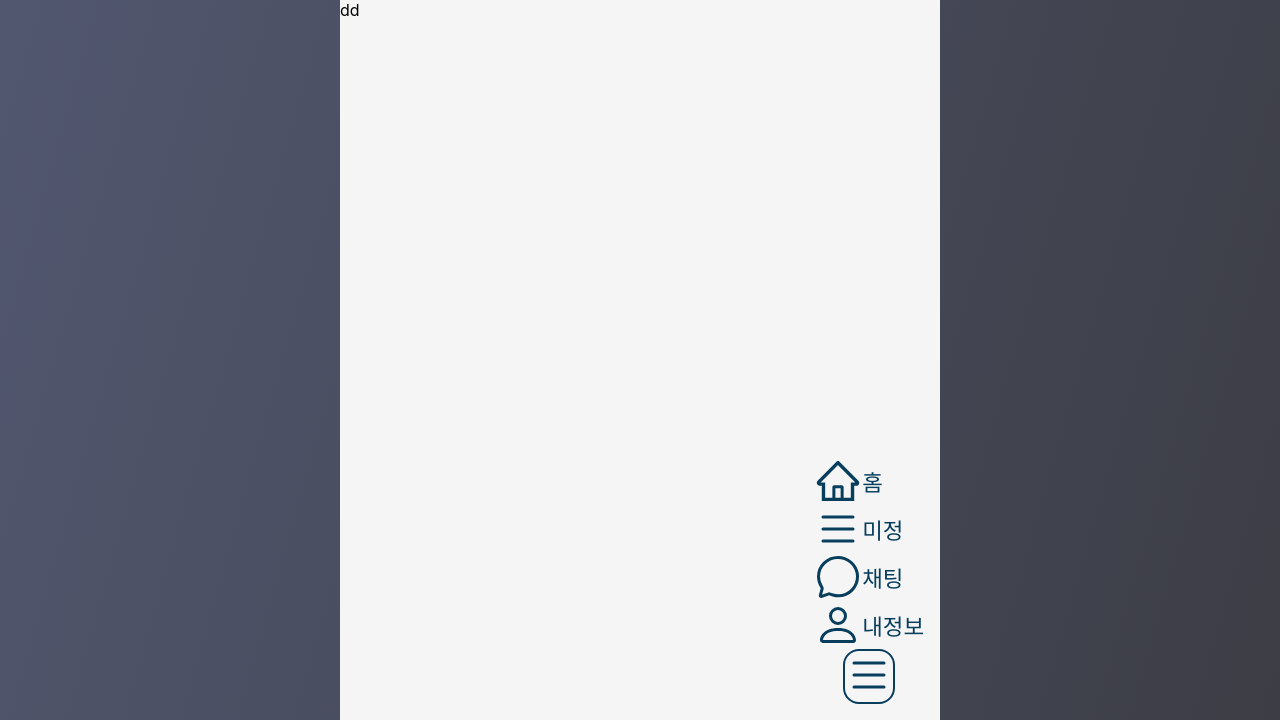
Repository: SeungYn/hanium
Page: /
An editor plug-in stored every save of this project. The page is shown before and after the next save, followed by the edit.
The browser window is 1280 px wide. The pictures show the whole page.
The project was rebuilt for these pictures with package versions that can differ from the ones it lists, and the page was loaded fresh each time. Also part of the build but not shown: src/App.css, src/components/ReadPopup/ReadPopup.module.css, src/components/ReadPopup/ReadPopup.jsx, src/pages/login/Login.jsx.

Above is the page before, as saved 2022-10-27 12:45:33.

### src/index.js
import React from 'react';
import ReactDOM from 'react-dom/client';
import './index.css';
import App from './App';

import { AuthErrorEventBus, AuthProvider } from './context/AuthContext';
import TokenStorage from './db/token';
import HttpClient from './network/http';
import AuthService from './service/auth';

const baseURL = 'https://d4a8ab3f9df191.lhr.life';
const tokenStorage = new TokenStorage();
const authErrorEventBus = new AuthErrorEventBus();
const httpClient = new HttpClient(baseURL, authErrorEventBus, tokenStorage);
const authService = new AuthService(httpClient, tokenStorage);

const root = ReactDOM.createRoot(document.getElementById('root'));
root.render(
  <React.StrictMode>
    <AuthProvider
      authService={authService}
      authErrorEventBus={authErrorEventBus}
      tokenStorage={tokenStorage}
    >
      <App authService={authService} />
    </AuthProvider>
  </React.StrictMode>
);

### src/index.css
:root {
  --color-darkBlue: #073d5d;
  --color-main: #42a5f5;
  --color-bg-dark: #f5f5f5;
  --color-bg: #fdfffd;
  --color-font: #073d5d;
  --color-accent: #073d5d;
  --color-font-accent: white;
  --color-error-bg: rgba(173, 173, 173, 0.401);
  --color-popup-bg: white;
  /* 사이즈 */
  --font-size-medium: 1.4rem;
  --font-size-small: 1rem;
}

* {
  box-sizing: border-box;
}

html,
body {
  height: 100%;
  width: 100%;
  margin: 0;
  background: rgb(81, 87, 111);
  background: linear-gradient(
    106deg,
    rgba(81, 87, 111, 1) 0%,
    rgba(60, 61, 69, 1) 100%
  );
  accent-color: var(--color-accent);
}
a {
  text-decoration: none;
  color: var(--color-font);
}
ul {
  padding: 0;
  margin: 0;
  list-style: none;
}
#root {
  height: 100%;
  width: 100%;
  max-width: 600px;
  background-color: var(--color-bg-dark);
  margin: auto;
  display: flex;
  flex-direction: column;
  position: relative;
}

button {
  cursor: pointer;
}
body {
  margin: 0;
  font-family: -apple-system, BlinkMacSystemFont, 'Segoe UI', 'Roboto', 'Oxygen',
    'Ubuntu', 'Cantarell', 'Fira Sans', 'Droid Sans', 'Helvetica Neue',
    sans-serif;
  -webkit-font-smoothing: antialiased;
  -moz-osx-font-smoothing: grayscale;
}

code {
  font-family: source-code-pro, Menlo, Monaco, Consolas, 'Courier New',
    monospace;
}

### src/App.js
import { useCallback } from 'react';
import { createBrowserRouter, RouterProvider } from 'react-router-dom';
import './App.css';
import FirstPage from './pages/firstPage/FirstPage';
import Root from './pages/Root';

// const router = createBrowserRouter([
//   {
//     path: '/',
//     element: <Root />,
//     children: [],
//   },
// ]);

function App({ authService }) {
  const router = useCallback(
    createBrowserRouter([
      {
        path: '/',
        element: <Root />,
        children: [
          { index: true, element: <FirstPage authService={authService} /> },
        ],
      },
    ]),
    [authService]
  );
  return <RouterProvider router={router} />;
}

export default App;

### src/context/AuthContext.jsx
import {
  createContext,
  createRef,
  useCallback,
  useContext,
  useEffect,
  useImperativeHandle,
  useMemo,
  useState,
} from 'react';
import ReadPopup from '../components/ReadPopup/ReadPopup';

import Login from '../pages/login/Login';

const AuthContext = createContext({});

const contextRef = createRef();

export function AuthProvider({
  authService,
  authErrorEventBus,
  children,
  tokenStorage,
}) {
  const [user, setUser] = useState(1);
  const [error, setError] = useState(null);

  const context = useMemo(() => ({}), []);

  const onLogin = async ({ loginId, password }) => {
    await authService
      .headerTokenLogin(loginId, password)
      .then((data) => {
        console.log(data);
        tokenStorage.saveUser({
          memberId: data.memberId,
          nickname: data.nickname,
        });
        setUser({ memberId: data.memberId, nickName: data.nickname });
        console.log(tokenStorage.getUser());
        return;
      })
      .catch((error) => {
        setError(error);
      });
  };

  const logout = useCallback(
    async () =>
      await authService.logout().then(() => {
        setUser(undefined);
      }),
    [authService]
  );

  useEffect(() => {
    authErrorEventBus.listen((err) => {
      console.log('err');
      console.log(err);
      setError(err);
      setUser(undefined);
      authService.logout();
    });
  }, [authErrorEventBus]);

  useEffect(() => {
    if (tokenStorage.getUser()) {
      setUser({ ...tokenStorage.getUser() });

      //nav('/');
    }

    //setUser({ token: localStorage.getItem('TOKEN') });
  }, []);

  return (
    <AuthContext.Provider value={context}>
      {user ? (
        children
      ) : (
        <>
          {error && (
            <ReadPopup content={error} onHandler={setError} type={'error'} />
          )}
          <Login authService={authService} onLogin={onLogin} />
        </>
      )}
    </AuthContext.Provider>
  );
}

export class AuthErrorEventBus {
  listen(callback) {
    this.callback = callback;
  }
  notify(error) {
    this.callback(error);
  }
}

export default AuthContext;
export const fetchToken = () => contextRef.current;
export const useAuth = () => useContext(AuthContext);

### src/db/token.js
const TOKEN = 'token';
const USER = 'user';
const USERNICKNAME = 'userNickName';
export default class TokenStorage {
  saveToken(token) {
    localStorage.setItem(TOKEN, token);
  }

  getToken() {
    return localStorage.getItem(TOKEN);
  }

  saveUser(user) {
    console.log(user);
    localStorage.setItem(USER, JSON.stringify(user));
    console.log(localStorage.getItem(USER));
  }

  getUser() {
    return JSON.parse(localStorage.getItem(USER));
  }

  clearToken() {
    console.log('토큰삭제');
    localStorage.clear(TOKEN);
  }
  clearUser() {
    console.log('유저삭제');
    localStorage.clear(USER);
  }
}

### src/network/http.js
export default class HttpClient {
  constructor(baseURL, authErrorEventBus, tokenStorage) {
    this.baseURL = baseURL;
    this.authErrorEventBus = authErrorEventBus;
    this.tokenStorage = tokenStorage;
  }

  async fetch(url, options) {
    console.log(`${this.baseURL}${url}`);
    let res = undefined;
    try {
      res = await fetch(`${this.baseURL}${url}`, {
        ...options,
        headers: {
          'Content-Type': 'application/json',
          ...options.headers,
        },
      });
    } catch (e) {
      const err = new Error('서버와 연결이 안됩니다.');
      throw err;
    }

    console.log(123);
    console.log(res);
    if (res.headers.get('Authorization')) {
      this.tokenStorage.saveToken(
        res.headers.get('Authorization').split(' ')[1]
      );
    }

    let data;
    console.log(res.headers);
    try {
      data = await res.json();
    } catch (error) {
      console.error('데이터 없어서 에러');
    }
    console.log(res);
    if (res.status > 299 || res.status < 200) {
      const message =
        data && data.message ? data.message : 'Something went wrong! 🤪';

      let error = new Error(message);

      if (res.status === 401) {
        console.log('401에러');
        error = new Error('로그인 정보가 잘 못 됐습니다.');
        this.authErrorEventBus.notify(error);
        return;
      }
      if (res.status === 400) {
        error.name = data.code ? data.code : '에러코드 등록 필요';
        console.log(error.message);
        throw error;
      }
      throw error;
    }

    return data;
  }
}

### src/service/auth.js
export default class AuthService {
  constructor(http, tokenStorage) {
    this.http = http;
    this.tokenStorage = tokenStorage;
  }

  //내 정보
  async getMyInfo() {
    const data = await this.http.fetch('/user', {
      method: 'GET',
      headers: this.getHeaders(),
    });
    return data;
  }

  //노드 /signup
  //스프링 /join
  async signup({
    nickname,
    loginId,
    password,
    email,
    sex,
    university,
    dept,
    sno,
  }) {
    console.log(nickname, loginId, password, email, sex, university, dept, sno);
    const data = await this.http.fetch('/auth/join', {
      method: 'POST',
      body: JSON.stringify({
        nickname,
        password,
        loginId,
        email,
        sex,
        university,
        dept,
        sno,
      }),
    });
    //this.tokenStorage.saveToken(data.token);
    return data;
  }

  //헤더로 토큰 받고 로그인
  async headerTokenLogin(loginId, password) {
    console.log(loginId, password);
    const data = await this.http.fetch(`/auth/login`, {
      method: 'POST',
      body: JSON.stringify({ loginId, password }),
    });
    // const res = await fetch(`${this.http.baseURL}/login`, {
    //   method: 'POST',
    //   headers: {
    //     'Content-Type': 'application/json',
    //   },
    //   body: JSON.stringify({ loginId, password }),
    // });

    // let data;
    // try {
    //   data = await res.json();
    // } catch (error) {
    //   console.error(error);
    // }

    // if (res.status > 299 || res.status < 200) {
    //   console.log('승유');
    //   const message =
    //     data && data.message ? data.message : 'Something went wrong! 🤪';
    //   const error = new Error(message);
    //   console.error('error = ', error);

    //   if (res.status === 401) {
    //     this.authErrorEventBus.notify(error);
    //   }
    //   if (res.status === 400) {
    //     error.name = data.code ? data.code : '에러코드 등록 필요';
    //     console.log(error.message);
    //     throw error;
    //   }
    //   throw error;
    // }
    // const token = res.headers.get('Authorization').split(' ')[1];
    // this.tokenStorage.saveToken(token);

    return data;
  }

  //노드서버 /idDuplicate
  //스프링서버 /duplicate-loginId
  async idDuplicateVerification(loginId) {
    const data = await this.http.fetch(`/auth/duplicate-loginId`, {
      method: 'POST',
      body: JSON.stringify({ loginId }),
    });
    return data;
  }

  async nicknameDuplicateVerification(nickname) {
    const data = await this.http.fetch(`/auth/duplicate-nickname`, {
      method: 'POST',
      body: JSON.stringify({ nickname }),
    });
    return data;
  }

  //이메일로 인증번호 받기
  async getEmailAuthenticationNumber(email) {
    console.log(email);
    const data = await this.http.fetch('/auth/mail-auth', {
      method: 'POST',
      body: JSON.stringify({
        email,
      }),
    });
    return data;
  }

  //인증번호 확인
  async authenticationNumberVerification(number) {
    const data = await this.http.fetch('/auth/mailcode-auth', {
      method: 'POST',
      body: JSON.stringify({
        code: number,
      }),
    });
    return data;
  }
  //노드서버 auth/login
  async login(loginId, password) {
    const data = await this.http.fetch('/auth/login', {
      method: 'POST',
      body: JSON.stringify({ loginId, password }),
    });
    this.tokenStorage.saveToken(data.token);
    return data;
  }

  async test() {
    const data = await this.http.fetch('/user', {
      method: 'GET',
      headers: this.getHeaders(),
    });
    return data;
  }

  async me() {
    const token = this.tokenStorage.getToken();
    return this.http.fetch('/me', {
      method: 'GET',
      headers: { Authorization: `Bearer ${token}` },
    });
  }

  async logout() {
    this.tokenStorage.clearToken();
    this.tokenStorage.clearUser();
  }

  getHeaders() {
    const token = this.tokenStorage.getToken();
    return {
      Authorization: `Bearer ${token}`,
    };
  }
}

### src/pages/firstPage/FirstPage.jsx
import React from 'react';

export default function FirstPage() {
  return <div>dd</div>;
}

### src/pages/Root.jsx
import React from 'react';
import { Outlet } from 'react-router-dom';
import Navbar from '../components/Navbar/Navbar';

export default function Root() {
  return (
    <>
      <Outlet />
      <Navbar />
    </>
  );
}

### src/components/Navbar/Navbar.jsx
import React, { useRef, useState } from 'react';
import { NavLink } from 'react-router-dom';
import styles from './Navbar.module.css';
import { AiOutlineHome } from 'react-icons/ai';
import { BsList, BsPerson } from 'react-icons/bs';
import { IoChatbubbleOutline } from 'react-icons/io5';
import { IconContext } from 'react-icons';

export default function Navbar() {
  const navMenuRef = useRef();
  const [navToggle, setNavToggle] = useState(true);
  const handleBtn = (e) => {
    setNavToggle((t) => !t);
  };
  return (
    <nav className={styles.nav}>
      <IconContext.Provider value={{ className: styles.reactIcon }}>
        <div
          ref={navMenuRef}
          className={`${styles.navMenu} ${
            navToggle ? styles.navAppear : styles.navDisappear
          }`}
        >
          <NavLink
            to='/'
            className={({ isActive }) =>
              isActive
                ? `${styles.active} ${styles.link}`
                : `${styles.unactive} ${styles.link}`
            }
          >
            <AiOutlineHome />
            <span className={styles.text}>홈</span>
          </NavLink>

          <NavLink
            to='/1'
            className={({ isActive }) =>
              isActive
                ? `${styles.active} ${styles.link}`
                : `${styles.unactive} ${styles.link}`
            }
          >
            <BsList />
            <span className={styles.text}>미정</span>
          </NavLink>

          <NavLink
            to='/2'
            className={({ isActive }) =>
              isActive
                ? `${styles.active} ${styles.link}`
                : `${styles.unactive} ${styles.link}`
            }
          >
            <IoChatbubbleOutline />
            <span className={styles.text}>채팅</span>
          </NavLink>

          <NavLink
            to='/3'
            className={({ isActive }) =>
              isActive
                ? `${styles.active} ${styles.link}`
                : `${styles.unactive} ${styles.link}`
            }
          >
            <BsPerson />
            <span className={styles.text}>내정보</span>
          </NavLink>
        </div>
        <button className={styles.btn} onClick={handleBtn}>
          <BsList />
        </button>
      </IconContext.Provider>
    </nav>
  );
}

### src/pages/login/Login.module.css
button {
  outline: none;
  border: none;
  color: var(--color-font);
  border: 2px solid var(--color-font);
  padding: 0.4rem 0;
  background-color: transparent;
  border-radius: 1rem;
}

button:hover {
  background-color: var(--color-accent);
  color: var(--color-font-accent);
}

.container {
  display: flex;
  flex-direction: column;
  overflow-y: auto;
  align-items: center;
  width: 100%;
}
.authTitle {
  width: 100%;
  text-align: center;
  color: var(--color-font);
}
.authForm {
  width: 100%;
}

.authForm__itemList .authForm__item,
.authForm__itemList .authForm__emailGroup {
  margin-top: 0.6rem;
}

.authForm__emailGroup {
  display: flex;
}

.emailBtn {
  flex: 0 0 20%;
  font-size: var(--font-size-small);
}

label[for='signup'] {
  cursor: pointer;
}

.form_signup {
  margin-top: 0.6rem;
  text-align: center;
}

.auth_btn {
  margin-top: 0.6rem;
  width: 100%;
  font-size: var(--font-size-medium);
  outline: none;
  border: none;
  color: var(--color-font);
  border: 2px solid var(--color-font);
  padding: 0.4rem 0;
  background-color: transparent;
  border-radius: 1rem;
}

.auth_btn:hover {
  background-color: var(--color-accent);
  color: var(--color-font-accent);
}

### src/components/Navbar/Navbar.module.css
.nav {
  position: absolute;
  bottom: 1rem;
  right: 1rem;
  font-size: var(--font-size-medium);
  text-align: center;
  display: flex;
  flex-direction: column;
  align-items: center;
}

.link {
  display: flex;
  align-items: center;
}

.link:hover {
  color: black;
}

.navMenu {
  /* opacity: 0;
  pointer-events: none;
  transition: all 0.1s ease-out; */
  transition: all 1s ease-out;
  overflow: hidden;
  height: 0;
}

.navAppear {
  height: 100%;
}

.navDisappear {
  height: 0;
}

.btn:hover.navMenu {
  height: 1000px;
}

.btn:hover.navMenu {
  transform: scale(1.4);
}

.reactIcon {
  font-size: 3rem;
}

.btn {
  padding: 0;
}

/* @keyframes listUp {
  0% {
    height: 0%;
  }
  50% {
    height: 50%;
  }
  100% {
    height: 100%;
  }
} */

Loaded but not shown: public/index.html (common file)

After the next save:
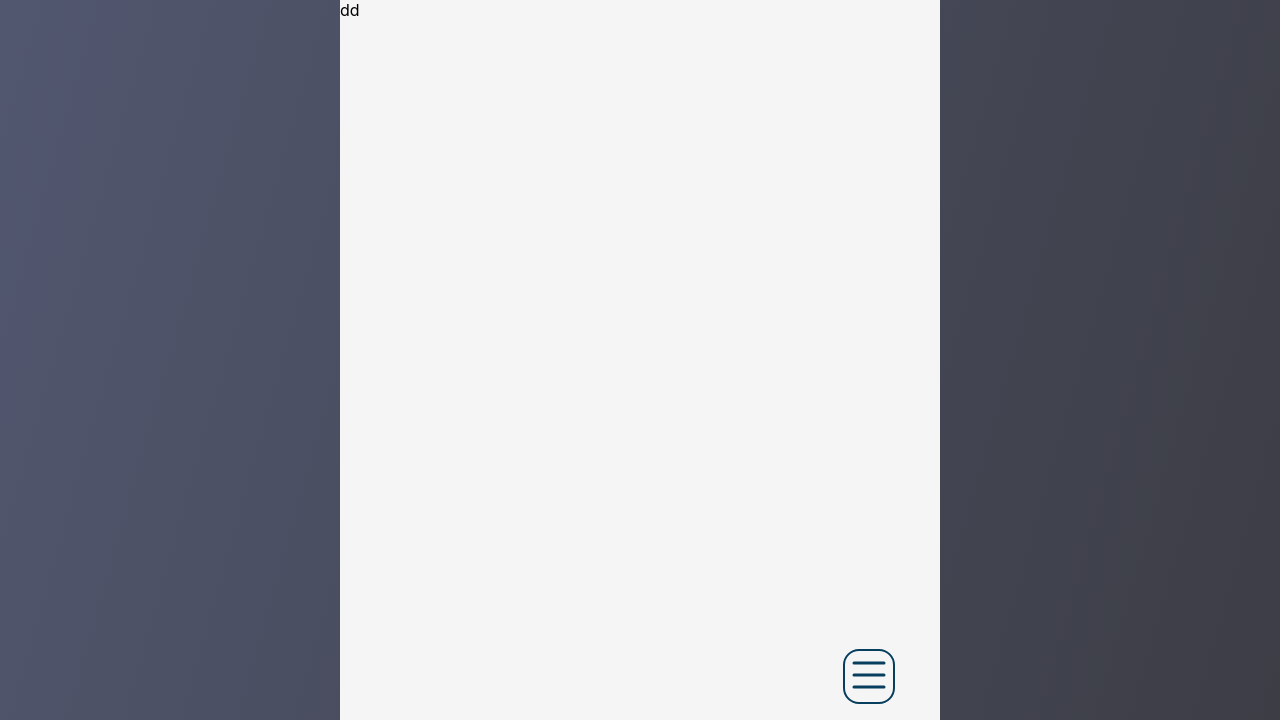
Saved 38 s later.
--- a/src/components/Navbar/Navbar.jsx
+++ b/src/components/Navbar/Navbar.jsx
@@ -8,7 +8,7 @@ import { IconContext } from 'react-icons';
 
 export default function Navbar() {
   const navMenuRef = useRef();
-  const [navToggle, setNavToggle] = useState(true);
+  const [navToggle, setNavToggle] = useState(false);
   const handleBtn = (e) => {
     setNavToggle((t) => !t);
   };

After the 2 saves that followed:
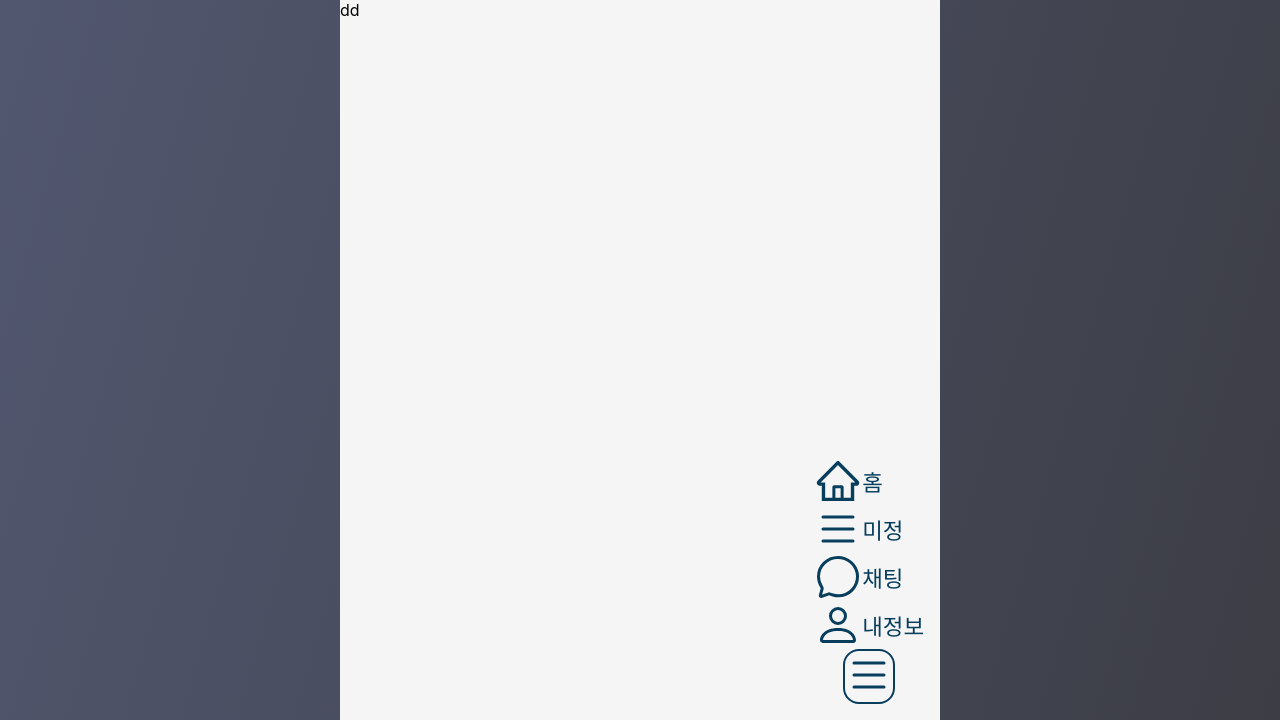
The 2 saves are shown as one change because they came seconds apart.
The last was saved 57 s later.
--- a/src/components/Navbar/Navbar.module.css
+++ b/src/components/Navbar/Navbar.module.css
@@ -24,7 +24,7 @@
   transition: all 0.1s ease-out; */
   transition: all 1s ease-out;
   overflow: hidden;
-  height: 0;
+  height: 0%;
 }
 
 .navAppear {
@@ -32,7 +32,7 @@
 }
 
 .navDisappear {
-  height: 0;
+  height: 0%;
 }
 
 .btn:hover.navMenu {
